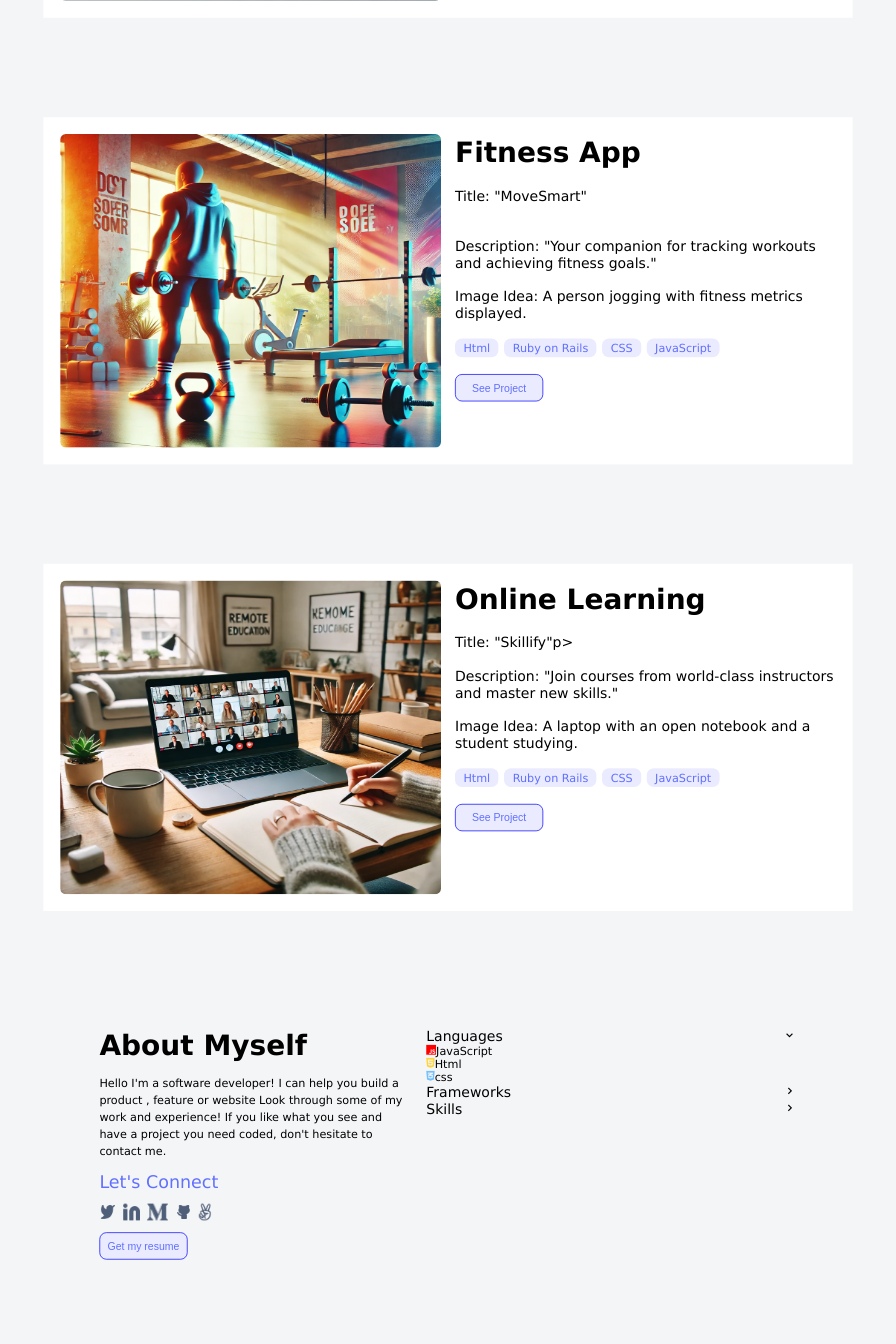
Repository: usman3123/portfolio-template-3
Page: portfolio.html
The author's editor kept a copy of each file at every save. The page is drawn from the files as they stood at one save, then again after the next save.
The browser window is 1280 px wide. The pictures show the part of the page from y = 1979 to 3899 px (the page is 3899 px tall), at 70% of full size.
Some web libraries are served in a nearby version.

Above is the page before, as saved 2025-01-25 19:10:07.
Not found: index.js

### portfolio.html
<!DOCTYPE html>
<html lang="en">
<head>
  <meta charset="UTF-8">
  <meta name="viewport" content="width=device-width, initial-scale=1.0">
  <title>project 2</title>
  <link rel="stylesheet" href="style.css">
  <link href='https://unpkg.com/boxicons@2.1.4/css/boxicons.min.css' rel='stylesheet'>
  <link rel="stylesheet" href="https://cdnjs.cloudflare.com/ajax/libs/font-awesome/6.6.0/css/all.min.css" integrity="sha512-Kc323vGBEqzTmouAECnVceyQqyqdsSiqLQISBL29aUW4U/M7pSPA/gEUZQqv1cwx4OnYxTxve5UMg5GT6L4JJg==" crossorigin="anonymous" referrerpolicy="no-referrer" />
  <link rel="stylesheet" href="https://cdnjs.cloudflare.com/ajax/libs/font-awesome/6.6.0/css/all.min.css" integrity="sha512-Kc323vGBEqzTmouAECnVceyQqyqdsSiqLQISBL29aUW4U/M7pSPA/gEUZQqv1cwx4OnYxTxve5UMg5GT6L4JJg==" crossorigin="anonymous" referrerpolicy="no-referrer" />

  <link rel="stylesheet" href="https://cdnjs.cloudflare.com/ajax/libs/font-awesome/6.7.2/css/all.min.css">
  <link rel="preconnect" href="https://fonts.googleapis.com">
<link rel="preconnect" href="https://fonts.gstatic.com" crossorigin>
<link href="https://fonts.googleapis.com/css2?family=Poppins:ital,wght@0,100;0,200;0,300;0,400;0,500;0,600;0,700;0,800;0,900;1,100;1,200;1,300;1,400;1,500;1,600;1,700;1,800;1,900&display=swap" rel="stylesheet">
</head>

<body>
<section class="webpage">
  <!-- Navbar -->

 <div class="hero-page">
  <div class="header-div">
    <nav class="nav-bar flex">
        <h4 class="nav-heading">My Logo</h4>
        <div class="nav-links flex">
            <a href="#myportfolio" class="link">Portfolo</a>
            <a href="myabout" class="link">About</a>
            <a href="mycontact" class="link" >Contact</a>
        </div>
        <i class="fa-solid fa-light fa-bars fa-xl " id="nav-icon"></i>
    </nav>
</div>

  <!-- Main Content -->
  <section id="myportfolio" class="hero-section flex">
    <div class="hero-content flex">
        <h1 class="hero-head"> I'm USMAN!
          Glad to see you.
      </h1>
      <p class="hero-p">
         I'm a software developer! I can help you build a product , feature or website Look through  some of my work and experience! If you like what you see and have a project you need coded, don’t hesitate to contact me.
      </p>
     <p class="let-connect"> LET'S CONNECT</p>

      <div class="icons flex">
          <img src="/assets/twitter.png" class="media-icon">
          <img src="assets/Linkedin.png" class="media-icon">
          <img src="assets/M.png" class="media-icon">
          <img src="assets/Github.png" class="media-icon">
          <img src="assets/V.png" class="media-icon">
      </div>
    </div>
  </section>

 </div>
  <!-- Cards Section -->

  <section class="cards flex">
    <div class="card flex">
      <img class="card-img" src="/assets/card-1img.webp" alt="CARD_!_IMG">
      <div class="card-content flex">
        <h2 class="card-head">Technology Blog</h2>
        <p class="content-p">Title: "Innovating the Future"</p>
        <p class="content-sp">Description: "Explore groundbreaking advancements in AI and robotics shaping tomorrow."</p>
        <p class="content-p">Image Idea: A futuristic image showing AI robots collaborating with humans.</p>
        <div class="languages flex">
          <p class="lang">Html</p>
          <p class="lang">CSS</p>
          <p class="lang">JavaScript</p>
        </div>
        <button class="content-btn">See Project</button>
      </div>
    </div>
    <div class="card flex">
      <img class="card-img" src="/assets/card-2img.webp" alt="CARD_!_IMG">
      <div class="card-content flex">
        <h2 id="photo-head">Photography Portfolio</h2>
        <p class="content-p">Title: "Lens Stories"<p>
        <p class="content-sp">Description: "A collection of awe-inspiring moments captured around the globe."</p>
        <p class="content-p">Image Idea: A scenic view of mountains or a person with a camera.
        </p>
        <div class="languages flex">
          <p class="lang">Html</p>
          <p class="lang">Ruby on Rails</p>
          <p class="lang">CSS</p>
          <p class="lang">JavaScript</p>
        </div>
        <button class="content-btn">See Project</button>
      </div>
    </div>
    <div class="card flex">
      <img class="card-img" src="/assets/card-3img.webp" alt="CARD_!_IMG">
      <div class="card-content flex">
        <h2 class="card-head">Fitness App</h2>
        <p class="content-p">Title: "MoveSmart"<p>
        <p class="content-sp">Description: "Your companion for tracking workouts and achieving fitness goals."</p>
        <p class="content-p">Image Idea: A person jogging with fitness metrics displayed.</p>
        <div class="languages flex">
          <p class="lang">Html</p>
          <p class="lang">Ruby on Rails</p>
          <p class="lang">CSS</p>
          <p class="lang">JavaScript</p>
        </div>
        <button class="content-btn">See Project</button>
      </div>
    </div>
    <div class="card flex">
      <img class="card-img" src="/assets/card-4img.webp" alt="CARD_!_IMG">
      <div class="card-content flex">
        <h2 class="card-head">Online Learning</h2>
        <p class="content-p">Title: "Skillify"p>
        <p class="content-sp">Description: "Join courses from world-class instructors and master new skills."</p>
        <p class="content-p">Image Idea: A laptop with an open notebook and a student studying.</p>
        <div class="languages flex">
          <p class="lang">Html</p>
          <p class="lang">Ruby on Rails</p>
          <p class="lang">CSS</p>
          <p class="lang">JavaScript</p>
        </div>
        <button class="content-btn">See Project</button>
      </div>
    </div>
  </section>


   <!-- ABOUT MYSELF -->

  <section id="myabout" class="about flex">

    <div class="about-intro flex">
      <h1 class="about-head">About Myself</h1>
      <p class="about-paragraph">Hello I'm a software developer! I can help you build a product , feature or website Look through some of my work and experience! If you like what you see and have a project you need coded, don't hesitate to contact me.</p>
        <p class="connect">Let's Connect</p>
        <div class="icons flex icon-gap">
          <img src="assets/twitter.png" class="twitter">
          <img src="assets/Linkedin.png" class="inimage">
          <img src="assets/M.png" class="mimage">
          <img src="assets/Github.png" class="tomimage">
          <img src="assets/V.png" class="protocol">
      </div>
      <button class="content-btn rsm-btn"> Get my resume</button>
    </div>

    <div class="about-skills flex">
      <div class="about-all flex">
        <p>Languages</p>
        <i class='bx bx-chevron-down'></i>
      </div>
      <div class="about-lang flex">
        <div class="about-lang-img flex">
          <i class="fa-brands fa-js" style="color: #ff0000;"></i>
          <p>JavaScript</p>
        </div>
        <div class="about-lang-img flex">
          <i class="fa-brands fa-html5" style="color: #FFD43B;"></i>
          <p>Html</p>

        </div>
        <div class="about-lang-img flex">
          <i class="fa-brands fa-css3-alt" style="color: #74C0FC;"></i>
          <p>css</p>
        </div>
      </div>
      <div class="about-all flex">
        <p> Frameworks</p>
        <i class='bx bx-chevron-right'></i>
      </div>
      <div class="about-all flex">
        <p>Skills</p>
        <i class='bx bx-chevron-right'></i>
        </div>
        </div>
        <!-- <div class="contact-section flex">
            <h4 class="contact-paragraph">I'm always interested in hearing about new projects, so if you'd like to chat please get in touch.</h4>
            <form action="submit-form" class="contact-form flex">
                <div class="names flex">
                    <input type="text" placeholder="Full name" class="first-name">
                    <input type="text" placeholder="last name" class="last-name">
      </div>
        <div class="contact-section flex">
            <h4 class="contact-paragraph">I'm always interested in hearing about new projects, so if you'd like to chat please get in touch.</h4>
            <form action="submit-form" class="contact-form flex">
                <div class="names flex">
                    <input type="text" placeholder="Full name" class="first-name">
                    <input type="text" placeholder="last name" class="last-name">
    </div> -->
  </section>

  <!-- Contact section -->

  <!-- <section id="mycontact" class="contact-section">
    <h1 class="contact-heading">Contact Me</h1>
    <p class="contact-description">
        If you have an application you are interested in developing, a feature that you need built, or a project that needs coding, I'd love to help with it!
    </p>
    <form class="contact-form">
        <input class="form-input" type="text" placeholder="Your Name">
        <input class="form-input" type="email" placeholder="Your Email">
        <textarea class="form-message" placeholder="Write your message here..."></textarea>
        <button class="form-button">Get in Touch</button>
    </form>

</section>

</main> -->
</section>

<script src="index.js"></script>
</body>
</html>

### style.css
*{
    margin: 0;
    padding: 0;
    box-sizing: border-box;
}

body {
    font-family: Verdana, Geneva, Tahoma, sans-serif;
    background-color: #f4f5f7;
    justify-content: center;
    display: flex
;
}

.flex {
    display: flex;
}

/* nav-bar */

.header-div {
    background-color: #3c3a39;
    width: 100%;
}

.nav-bar {
    justify-content: space-between;
    color: white;
    max-width: 1204px;
    align-items: center;
    padding: 10px 24px;
}

.nav-heading {
    font-size: 30px;
}

.nav-links {
    gap: 40px;
    align-items: center;
    font-size: 25px;
    display: none;
}
.nav-icon {
    display: flex;
    width: 24px;
}


/* hero-section */

.hero-page {
    background-color: white;
    border-bottom-left-radius: 190px;
    background-image: url(/assets/Header\ bg@2x.png);
    background-size: contain;
    max-height: 846px;
    background-position: center;
    background-repeat: no-repeat;
    max-width: 1440px;
}
.hero-section {
    height: 846px;
    align-items: center;
    justify-content: center;
    padding-left: 20%;
}
.hero-content {
    flex-direction: column;
    gap: 20px;
}
.hero-head {
    font-size: 48px;
    font-weight: 700;
    width: 35%;
}

.hero-p {
    font-size: 25px;
    line-height: 28px;
    color: #344563;

    width: 73%;
}

.let-connect {
    color: #1d32f7;
    font-size: 20px;
    font-weight: 500;
    line-height: 24px;
}

.media-icon {
    height: 35px;
}

.icons {
    gap: 10px;
}

.nav-head {
    max-width: 1440px;
    width: 100%;
}
.enable {
    color: blue;
}
.link {
    color: white;
    text-decoration: none;
}

/* card-section */

.cards {
    flex-direction: column;
    align-items: center;
    gap:142px;
    padding: 24px;
}
.card {
    background-color: white;
    max-width: 1156px;
    max-height: 496px;
    width: 100%;
    padding: 24px;
    gap: 20px;
}
.card-img {
    max-width: 544px;
    width: 50%;
    border-radius:8px ;
}

.card-content {
    flex-direction: column;
    gap: 24px;
}

.card-head {
    font-size: 40px;
    font-weight: 700;
    line-height: 52px;
}
#photo-content {
    font-size: 40px;
    font-weight: 700;
    line-height: 52px;
}
.content-p {
    font-size: 20px;
    font-weight: 400;
    line-height: 24px;
}
.content-sp {
    font-size: 20px;
    font-weight: 400;
    line-height: 24px;
}

.languages {
    gap: 8px;
    align-items: center;
}

.lang {
    padding: 4px 12px;
    color: #6070ff;
    background-color: #ebebff;
    border-radius: 10px;
}

.content-btn {
    max-width: 126px;
    width: 100%;
    padding: 4px 12px;
    color: #6070ff;
    background-color: #ebebff;
    border-radius: 10px;
    padding: 10px;
    border: 1px solid blue;
    font-size: 15px;
}

/* about-section */

.about {
    padding: 142px;
    gap: 20px;
}

.about-intro {
    flex-direction: column;
    max-width: 447px;
    max-height: 311px;
    gap: 17px;
}

.about-head {
    font-size: 40px;
    font-weight: 700;
    line-height: 52px;
}
.about-paragraph {
    font-size: 16px;
    line-height: 24px;
}
.connect {
    color: #6070ff;
    font-size: 25px;
}

.about-skills {
    max-width: 684px;
    flex-direction: column;
    width: 100%;
}

.about-all {
    justify-content: space-between;
    font-size: 20px;
}
.about-lang {
    flex-direction: column;
}









@media (max-width : 1100px) {
    .hero-head {
        width: 53%;
    }
    .card-head {
        font-size: 2rem;
    }
    #photo-head {
        font-size: 27px;
    }
    .content-p {
        font-size: 15px;
    }
    .content-sp {
        font-size: 15px;
        display: none;
    }
    .card-content {
        gap: 20px;
    }

}
@media (max-width :870px) {
    .card {
        flex-direction: column;
        max-height: 552px;
        padding: 16px;
    }
    .card {
        max-width: 327px;
    }

}
@media (max-width : 870px) {
    .hero-head {
        width: 100%;
    }
    .hero-section {
        padding: 24px;
    }
    .hero-p {
        width: 100%;
    }
    .card-img {
        width: 100%;
        height: 18vh;
    }
    .card-content {
        gap: 2px;
    }
}
@media (min-width : 700px) {
    .nav-links {
        display: flex;
    }
    #nav-icon {
        display: none;
    }

}
@media (min-width : 1441px) {
    .card-content {
        gap: 30px;
    }
}

After the next save:
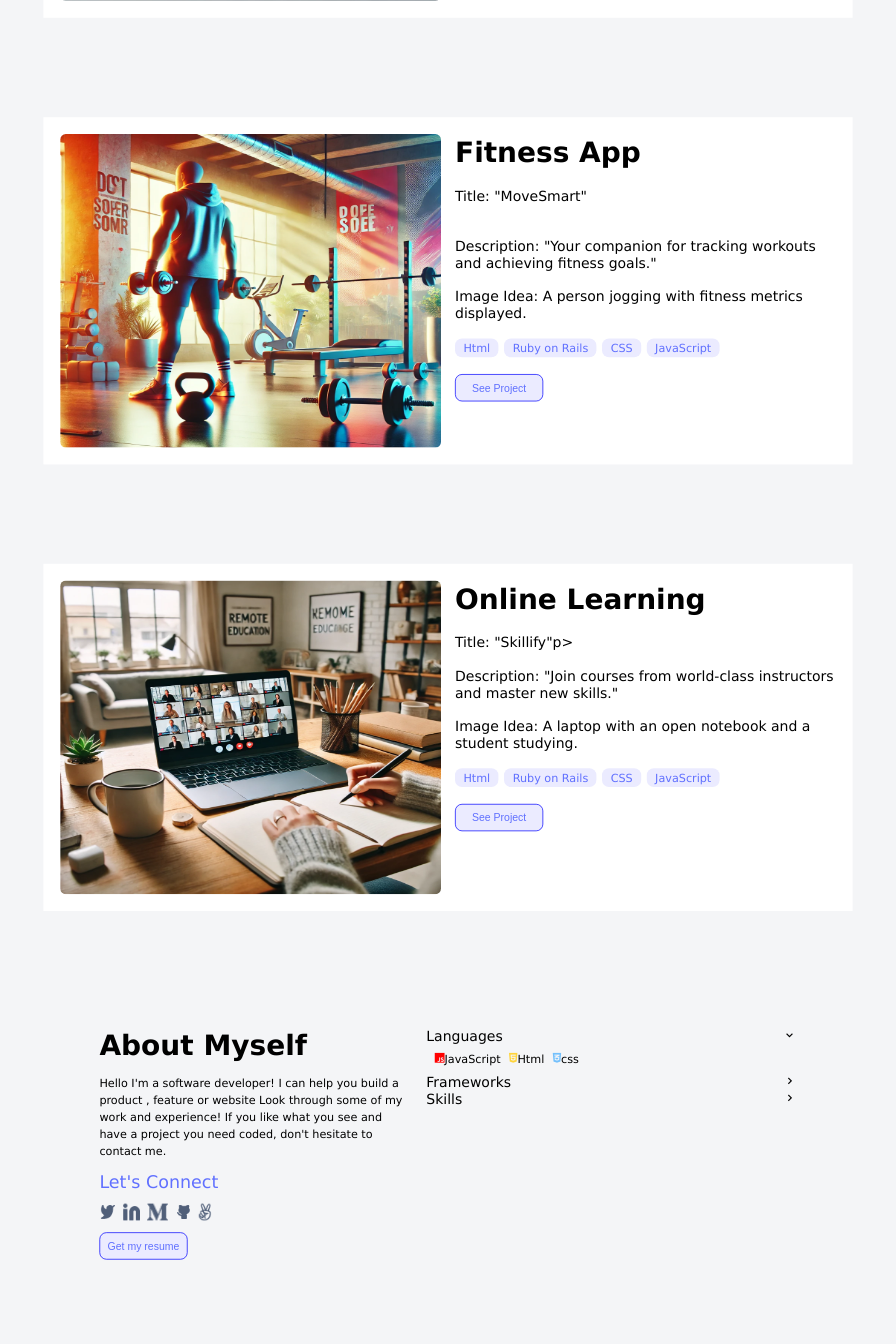
Saved 114 s later.
--- a/style.css
+++ b/style.css
@@ -221,7 +221,8 @@ body {
     font-size: 20px;
 }
 .about-lang {
-    flex-direction: column;
+    gap: 12px;
+    padding: 12px;
 }
 
 
